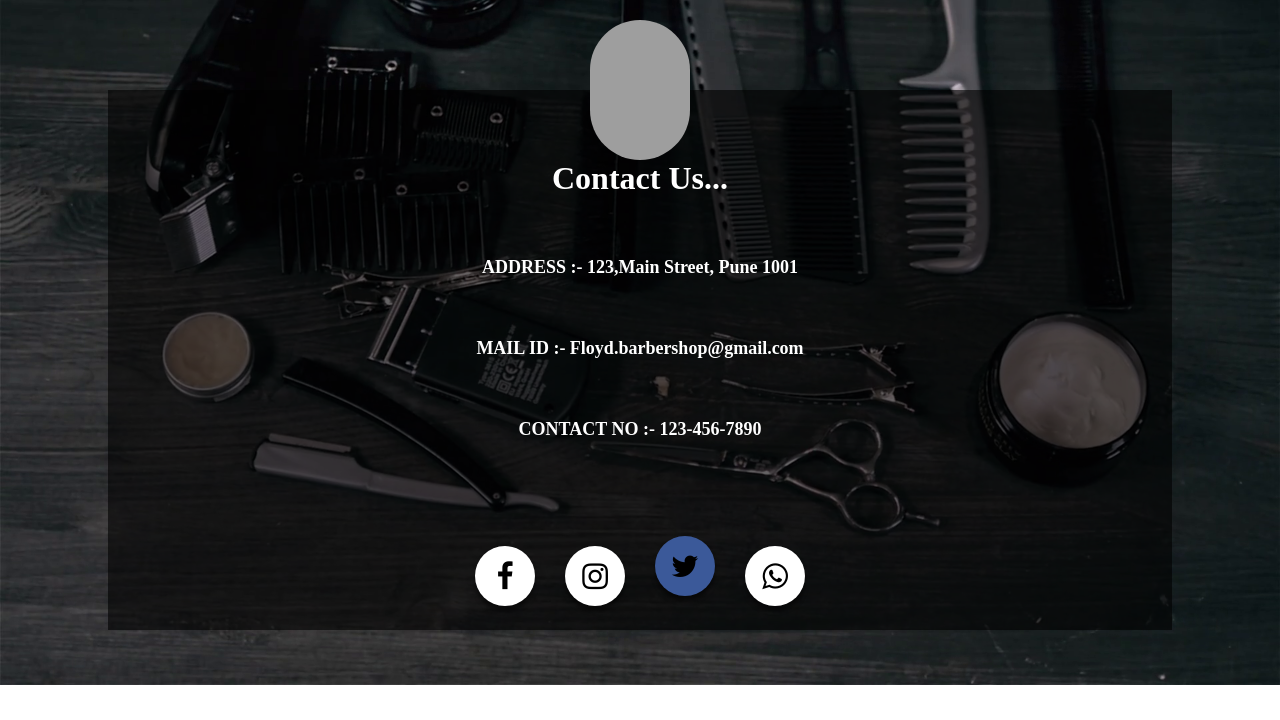
Repository: Mithil-Chavan/OnlineBarbershopManagementSystem
Page: http://localhost/OnlineBarberShop/WEB-INF/views/user/contact.jsp
The author's editor kept a copy of each file at every save. The page is drawn from the files as they stood at one save, then again after the next save.
The browser window is 1280 px wide. The pictures show the whole page.
The pointer rests on the first visible `.social-menu ul li:nth-child(3) a`.
The page is served by Tomcat 9. Nobody is signed in. The template is opened directly, without the code that normally fills it, so the values that code supplies are empty.

Above is the page before, as saved 2021-03-24 19:40:59.

After the next save:
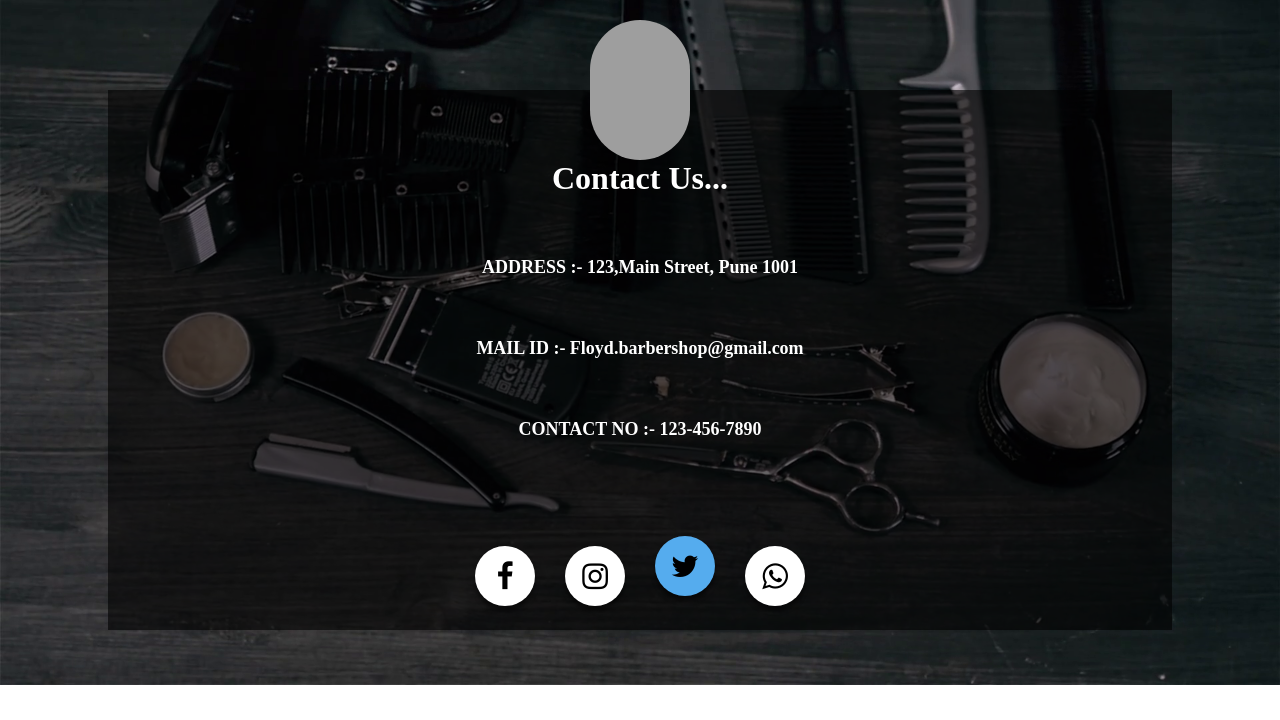
Saved 2 min 20 s later.
--- a/OnlineBarberShop/OnlineBarberShop/src/main/webapp/WEB-INF/views/user/contact.jsp
+++ b/OnlineBarberShop/OnlineBarberShop/src/main/webapp/WEB-INF/views/user/contact.jsp
@@ -114,10 +114,10 @@ body {
 	background-color: e4405f;
 }
 .social-menu ul li:nth-child(3) a:hover {
-	background-color: #3b5999;
+	background-color: #55acee;
 }
 .social-menu ul li:nth-child(4) a:hover {
-	background-color: #3b5999;
+	background-color: #25D366;
 }
 
 
